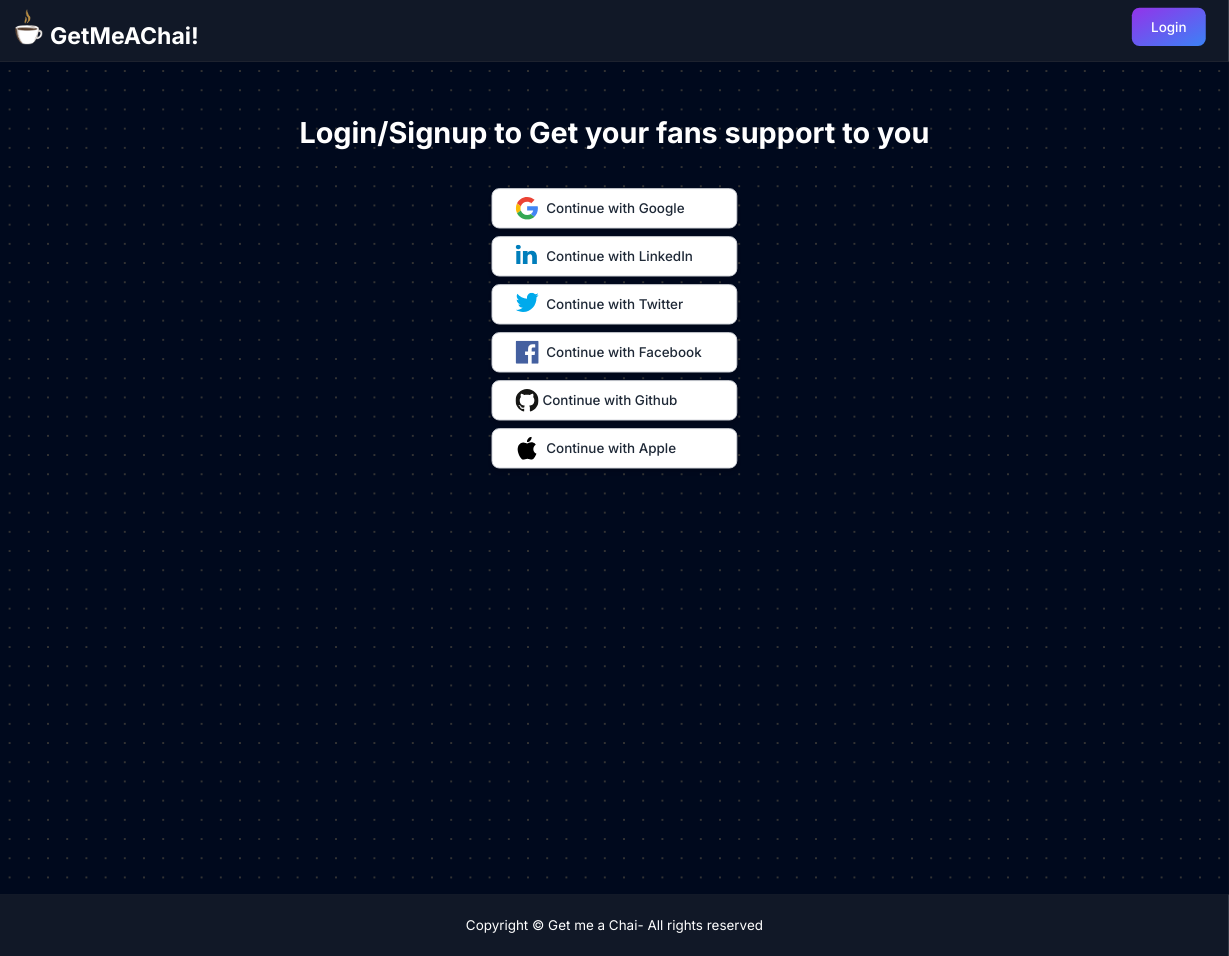
Repository: sarthaktomar579/saharaWorks
Page: /login
These files come from the project's save history. The page is drawn as it stood at one moment and after a run of saves; the edit follows.
The browser window is 1280 px wide. The pictures show the whole page, at 96% of full size.
The project was rebuilt for these pictures with package versions that can differ from the ones it lists, and the page was loaded fresh each time. The framework's server and built-in components were replaced by stand-ins that run in the browser. Also part of the build but not shown: next.config.mjs.

Above is the page before, as saved 2024-09-01 00:29:53.

### app/layout.js
import { Inter } from "next/font/google";
import "./globals.css";
import Navbar from "@/components/Navbar";
import Footer from "@/components/Footer";
import SessionWrapper from "@/components/SessionWrapper";

const inter = Inter({ subsets: ["latin"] });

export const metadata = {
  title: "Get me a Chai- Fund your projects with a chai",
  description: "This website is a crowd funding platform for creators",
};

export default function RootLayout({ children }) {
  return (
    <html lang="en">
      <body className={inter.className}>
        <Navbar/>
        <div className="min-h-[82.3vh] bg-[#000000] bg-[radial-gradient(#ffffff33_1px,#00091d_1px)] bg-[size:20px_20px]">
        {children}
        </div>
        <Footer/>
      </body>
    </html>
  );
}
{/* <div class="absolute top-0 z-[-2] h-screen w-screen bg-[#000000] bg-[radial-gradient(#ffffff33_1px,#00091d_1px)] bg-[size:20px_20px]"></div> */}

### app/login/page.js
import React from 'react';

const Login = () => {
    return (
        <div className='mx-auto py-14 text-white'>
            <h1 className='text-center text-3xl font-bold'>
                Login/Signup to Get your fans support to you
            </h1>
            <div className="flex flex-col gap-2 min-h-screen p-10">


                <button
                    className="mx-auto flex items-center w-64 border bg-white border-gray-300 rounded-lg shadow-md max-w-xs px-6 py-2 text-sm font-medium text-gray-800 hover:bg-gray-200 focus:outline-none focus:ring-2 focus:ring-offset-2 focus:ring-gray-500">
                    <svg className="h-6 w-6 mr-2" xmlns="http://www.w3.org/2000/svg" viewBox="-0.5 0 48 48" version="1.1">

                        <g id="Icons" stroke="none" stroke-width="1" fill="none" fill-rule="evenodd">
                            <g id="Color-" transform="translate(-401.000000, -860.000000)">
                                <g id="Google" transform="translate(401.000000, 860.000000)">
                                    <path
                                        d="M9.82727273,24 C9.82727273,22.4757333 10.0804318,21.0144 10.5322727,19.6437333 L2.62345455,13.6042667 C1.08206818,16.7338667 0.213636364,20.2602667 0.213636364,24 C0.213636364,27.7365333 1.081,31.2608 2.62025,34.3882667 L10.5247955,28.3370667 C10.0772273,26.9728 9.82727273,25.5168 9.82727273,24"
                                        id="Fill-1" fill="#FBBC05"> </path>
                                    <path
                                        d="M23.7136364,10.1333333 C27.025,10.1333333 30.0159091,11.3066667 32.3659091,13.2266667 L39.2022727,6.4 C35.0363636,2.77333333 29.6954545,0.533333333 23.7136364,0.533333333 C14.4268636,0.533333333 6.44540909,5.84426667 2.62345455,13.6042667 L10.5322727,19.6437333 C12.3545909,14.112 17.5491591,10.1333333 23.7136364,10.1333333"
                                        id="Fill-2" fill="#EB4335"> </path>
                                    <path
                                        d="M23.7136364,37.8666667 C17.5491591,37.8666667 12.3545909,33.888 10.5322727,28.3562667 L2.62345455,34.3946667 C6.44540909,42.1557333 14.4268636,47.4666667 23.7136364,47.4666667 C29.4455,47.4666667 34.9177955,45.4314667 39.0249545,41.6181333 L31.5177727,35.8144 C29.3995682,37.1488 26.7323182,37.8666667 23.7136364,37.8666667"
                                        id="Fill-3" fill="#34A853"> </path>
                                    <path
                                        d="M46.1454545,24 C46.1454545,22.6133333 45.9318182,21.12 45.6113636,19.7333333 L23.7136364,19.7333333 L23.7136364,28.8 L36.3181818,28.8 C35.6879545,31.8912 33.9724545,34.2677333 31.5177727,35.8144 L39.0249545,41.6181333 C43.3393409,37.6138667 46.1454545,31.6490667 46.1454545,24"
                                        id="Fill-4" fill="#4285F4"> </path>
                                </g>
                            </g>
                        </g>
                    </svg>
                    <span>Continue with Google</span>
                </button>


                <button
                    className="mx-auto flex items-center w-64  border bg-white border-gray-300 rounded-lg shadow-md max-w-xs px-6 py-2 text-sm font-medium text-gray-800 hover:bg-gray-200 focus:outline-none focus:ring-2 focus:ring-offset-2 focus:ring-gray-500">
                    <svg className="h-6 w-6 mr-2" xmlns="http://www.w3.org/2000/svg" viewBox="-0.5 0 48 48" version="1.1">
                        <g id="Icons" stroke="none" stroke-width="1" fill="none" fill-rule="evenodd">
                            <g id="Color-" transform="translate(-702.000000, -265.000000)" fill="#007EBB">
                                <path
                                    d="M746,305 L736.2754,305 L736.2754,290.9384 C736.2754,287.257796 734.754233,284.74515 731.409219,284.74515 C728.850659,284.74515 727.427799,286.440738 726.765522,288.074854 C726.517168,288.661395 726.555974,289.478453 726.555974,290.295511 L726.555974,305 L716.921919,305 C716.921919,305 717.046096,280.091247 716.921919,277.827047 L726.555974,277.827047 L726.555974,282.091631 C727.125118,280.226996 730.203669,277.565794 735.116416,277.565794 C741.21143,277.565794 746,281.474355 746,289.890824 L746,305 L746,305 Z M707.17921,274.428187 L707.117121,274.428187 C704.0127,274.428187 702,272.350964 702,269.717936 C702,267.033681 704.072201,265 707.238711,265 C710.402634,265 712.348071,267.028559 712.41016,269.710252 C712.41016,272.34328 710.402634,274.428187 707.17921,274.428187 L707.17921,274.428187 L707.17921,274.428187 Z M703.109831,277.827047 L711.685795,277.827047 L711.685795,305 L703.109831,305 L703.109831,277.827047 L703.109831,277.827047 Z"
                                    id="LinkedIn">

                                </path>
                            </g>
                        </g>
                    </svg> <span>Continue with LinkedIn</span>
                </button>


                <button
                    className="mx-auto flex items-center w-64  border bg-white border-gray-300 rounded-lg shadow-md max-w-xs px-6 py-2 text-sm font-medium text-gray-800 hover:bg-gray-200 focus:outline-none focus:ring-2 focus:ring-offset-2 focus:ring-gray-500">
                    <svg className="h-6 w-6 mr-2" xmlns="http://www.w3.org/2000/svg" viewBox="-0.5 0 48 48" version="1.1">
                        <g id="Icons" stroke="none" stroke-width="1" fill="none" fill-rule="evenodd">
                            <g id="Color-" transform="translate(-300.000000, -164.000000)" fill="#00AAEC">
                                <path
                                    d="M348,168.735283 C346.236309,169.538462 344.337383,170.081618 342.345483,170.324305 C344.379644,169.076201 345.940482,167.097147 346.675823,164.739617 C344.771263,165.895269 342.666667,166.736006 340.418384,167.18671 C338.626519,165.224991 336.065504,164 333.231203,164 C327.796443,164 323.387216,168.521488 323.387216,174.097508 C323.387216,174.88913 323.471738,175.657638 323.640782,176.397255 C315.456242,175.975442 308.201444,171.959552 303.341433,165.843265 C302.493397,167.339834 302.008804,169.076201 302.008804,170.925244 C302.008804,174.426869 303.747139,177.518238 306.389857,179.329722 C304.778306,179.280607 303.256911,178.821235 301.9271,178.070061 L301.9271,178.194294 C301.9271,183.08848 305.322064,187.17082 309.8299,188.095341 C309.004402,188.33225 308.133826,188.450704 307.235077,188.450704 C306.601162,188.450704 305.981335,188.390033 305.381229,188.271578 C306.634971,192.28169 310.269414,195.2026 314.580032,195.280607 C311.210424,197.99061 306.961789,199.605634 302.349709,199.605634 C301.555203,199.605634 300.769149,199.559408 300,199.466956 C304.358514,202.327194 309.53689,204 315.095615,204 C333.211481,204 343.114633,188.615385 343.114633,175.270495 C343.114633,174.831347 343.106181,174.392199 343.089276,173.961719 C345.013559,172.537378 346.684275,170.760563 348,168.735283"
                                    id="Twitter">

                                </path>
                            </g>
                        </g>
                    </svg>

                    <span>Continue with Twitter</span>
                </button>


                <button
                    className="mx-auto flex items-center w-64  border bg-white border-gray-300 rounded-lg shadow-md max-w-xs px-6 py-2 text-sm font-medium text-gray-800 hover:bg-gray-200 focus:outline-none focus:ring-2 focus:ring-offset-2 focus:ring-gray-500">
                    <svg className="h-6 w-6 mr-2" xmlns="http://www.w3.org/2000/svg" viewBox="-0.5 0 48 48" version="1.1">
                        <g id="Icons" stroke="none" stroke-width="1" fill="none" fill-rule="evenodd">
                            <g id="Color-" transform="translate(-200.000000, -160.000000)" fill="#4460A0">
                                <path
                                    d="M225.638355,208 L202.649232,208 C201.185673,208 200,206.813592 200,205.350603 L200,162.649211 C200,161.18585 201.185859,160 202.649232,160 L245.350955,160 C246.813955,160 248,161.18585 248,162.649211 L248,205.350603 C248,206.813778 246.813769,208 245.350955,208 L233.119305,208 L233.119305,189.411755 L239.358521,189.411755 L240.292755,182.167586 L233.119305,182.167586 L233.119305,177.542641 C233.119305,175.445287 233.701712,174.01601 236.70929,174.01601 L240.545311,174.014333 L240.545311,167.535091 C239.881886,167.446808 237.604784,167.24957 234.955552,167.24957 C229.424834,167.24957 225.638355,170.625526 225.638355,176.825209 L225.638355,182.167586 L219.383122,182.167586 L219.383122,189.411755 L225.638355,189.411755 L225.638355,208 L225.638355,208 Z"
                                    id="Facebook">

                                </path>
                            </g>
                        </g>
                    </svg>

                    <span>Continue with Facebook</span>
                </button>


                <button
                    className="mx-auto flex items-center w-64  border bg-white border-gray-300 rounded-lg shadow-md max-w-xs px-6 py-2 text-sm font-medium text-gray-800 hover:bg-gray-200 focus:outline-none focus:ring-2 focus:ring-offset-2 focus:ring-gray-500">
                     <svg className="h-6 w-6 mr-1" xmlns="http://www.w3.org/2000/svg" width="1.03em" height="1em" viewBox="0 0 256 250"><path fill="#161614" d="M128.001 0C57.317 0 0 57.307 0 128.001c0 56.554 36.676 104.535 87.535 121.46c6.397 1.185 8.746-2.777 8.746-6.158c0-3.052-.12-13.135-.174-23.83c-35.61 7.742-43.124-15.103-43.124-15.103c-5.823-14.795-14.213-18.73-14.213-18.73c-11.613-7.944.876-7.78.876-7.78c12.853.902 19.621 13.19 19.621 13.19c11.417 19.568 29.945 13.911 37.249 10.64c1.149-8.272 4.466-13.92 8.127-17.116c-28.431-3.236-58.318-14.212-58.318-63.258c0-13.975 5-25.394 13.188-34.358c-1.329-3.224-5.71-16.242 1.24-33.874c0 0 10.749-3.44 35.21 13.121c10.21-2.836 21.16-4.258 32.038-4.307c10.878.049 21.837 1.47 32.066 4.307c24.431-16.56 35.165-13.12 35.165-13.12c6.967 17.63 2.584 30.65 1.255 33.873c8.207 8.964 13.173 20.383 13.173 34.358c0 49.163-29.944 59.988-58.447 63.157c4.591 3.972 8.682 11.762 8.682 23.704c0 17.126-.148 30.91-.148 35.126c0 3.407 2.304 7.398 8.792 6.14C219.37 232.5 256 184.537 256 128.002C256 57.307 198.691 0 128.001 0m-80.06 182.34c-.282.636-1.283.827-2.194.39c-.929-.417-1.45-1.284-1.15-1.922c.276-.655 1.279-.838 2.205-.399c.93.418 1.46 1.293 1.139 1.931m6.296 5.618c-.61.566-1.804.303-2.614-.591c-.837-.892-.994-2.086-.375-2.66c.63-.566 1.787-.301 2.626.591c.838.903 1 2.088.363 2.66m4.32 7.188c-.785.545-2.067.034-2.86-1.104c-.784-1.138-.784-2.503.017-3.05c.795-.547 2.058-.055 2.861 1.075c.782 1.157.782 2.522-.019 3.08m7.304 8.325c-.701.774-2.196.566-3.29-.49c-1.119-1.032-1.43-2.496-.726-3.27c.71-.776 2.213-.558 3.315.49c1.11 1.03 1.45 2.505.701 3.27m9.442 2.81c-.31 1.003-1.75 1.459-3.199 1.033c-1.448-.439-2.395-1.613-2.103-2.626c.301-1.01 1.747-1.484 3.207-1.028c1.446.436 2.396 1.602 2.095 2.622m10.744 1.193c.036 1.055-1.193 1.93-2.715 1.95c-1.53.034-2.769-.82-2.786-1.86c0-1.065 1.202-1.932 2.733-1.958c1.522-.03 2.768.818 2.768 1.868m10.555-.405c.182 1.03-.875 2.088-2.387 2.37c-1.485.271-2.861-.365-3.05-1.386c-.184-1.056.893-2.114 2.376-2.387c1.514-.263 2.868.356 3.061 1.403"/></svg>

                    <span>Continue with Github</span>
                </button>


                <button
                    className="mx-auto flex items-center w-64 border bg-white border-gray-300 rounded-lg shadow-md max-w-xs px-4 py-2 text-sm font-medium text-gray-800 hover:bg-gray-200 focus:outline-none focus:ring-2 focus:ring-offset-2 focus:ring-gray-500 space-x-2">
                    <svg className="h-6 w-6 ml-2"  xmlns="http://www.w3.org/2000/svg" width="0.82em" height="1em" viewBox="0 0 256 315"><path d="M213.803 167.03c.442 47.58 41.74 63.413 42.197 63.615c-.35 1.116-6.599 22.563-21.757 44.716c-13.104 19.153-26.705 38.235-48.13 38.63c-21.05.388-27.82-12.483-51.888-12.483c-24.061 0-31.582 12.088-51.51 12.871c-20.68.783-36.428-20.71-49.64-39.793c-27-39.033-47.633-110.3-19.928-158.406c13.763-23.89 38.36-39.017 65.056-39.405c20.307-.387 39.475 13.662 51.889 13.662c12.406 0 35.699-16.895 60.186-14.414c10.25.427 39.026 4.14 57.503 31.186c-1.49.923-34.335 20.044-33.978 59.822M174.24 50.199c10.98-13.29 18.369-31.79 16.353-50.199c-15.826.636-34.962 10.546-46.314 23.828c-10.173 11.763-19.082 30.589-16.678 48.633c17.64 1.365 35.66-8.964 46.64-22.262" /></svg>
                    <span>Continue with Apple</span>
                </button>



            </div>
        </div>
    );
};

export default Login;

### components/Navbar.js
import React from 'react'
import Link from 'next/link'

const Navbar = () => {
  return (
    <nav className='bg-gray-900 text-white flex justify-between items-center px-4 h-16'>
       <div className="logo font-bold text-lg flex justify-center items-baseline gap-2">
        <img width={28} src="tea.gif" alt="" />
        <span className='text-2xl'>GetMeAChai!</span>
      </div>
       {/* <ul className='flex justify-between gap-4'>
        <li>Home</li>
        <li>About</li>
        <li>Projects</li>
        <li>Sign up</li>
        <li>Login</li>
       </ul> */}

       <div>
         <Link href={'/login'}>
          <button className='text-white bg-gradient-to-br from-purple-600 to-blue-500 hover:bg-gradient-to-bl focus:ring-4 focus:outline-none focus:ring-blue-300 dark:focus:ring-blue-800 font-medium rounded-lg text-sm px-5 py-2.5 text-center me-2 mb-2'>
            Login
          </button>
         </Link>
       </div>
    </nav>
  )
}

export default Navbar

### components/Footer.js
import React from 'react'

const Footer = () => {
  return (
    <footer className='bg-gray-900 text-sm text-white flex justify-center items-center px-4 h-16'>
      <p className='text-center'>Copyright &copy; Get me a Chai- All rights reserved</p>
    </footer>
  )
}

export default Footer

### components/SessionWrapper.js
import { SessionProvider } from "next-auth/react"

export default function SessionWrapper({children}){

  return (
    <SessionProvider>
        {children}
    </SessionProvider>
  )
}

Loaded but not shown: app/globals.css (common file); tailwind.config.js (common file)

After the next 3 saves:
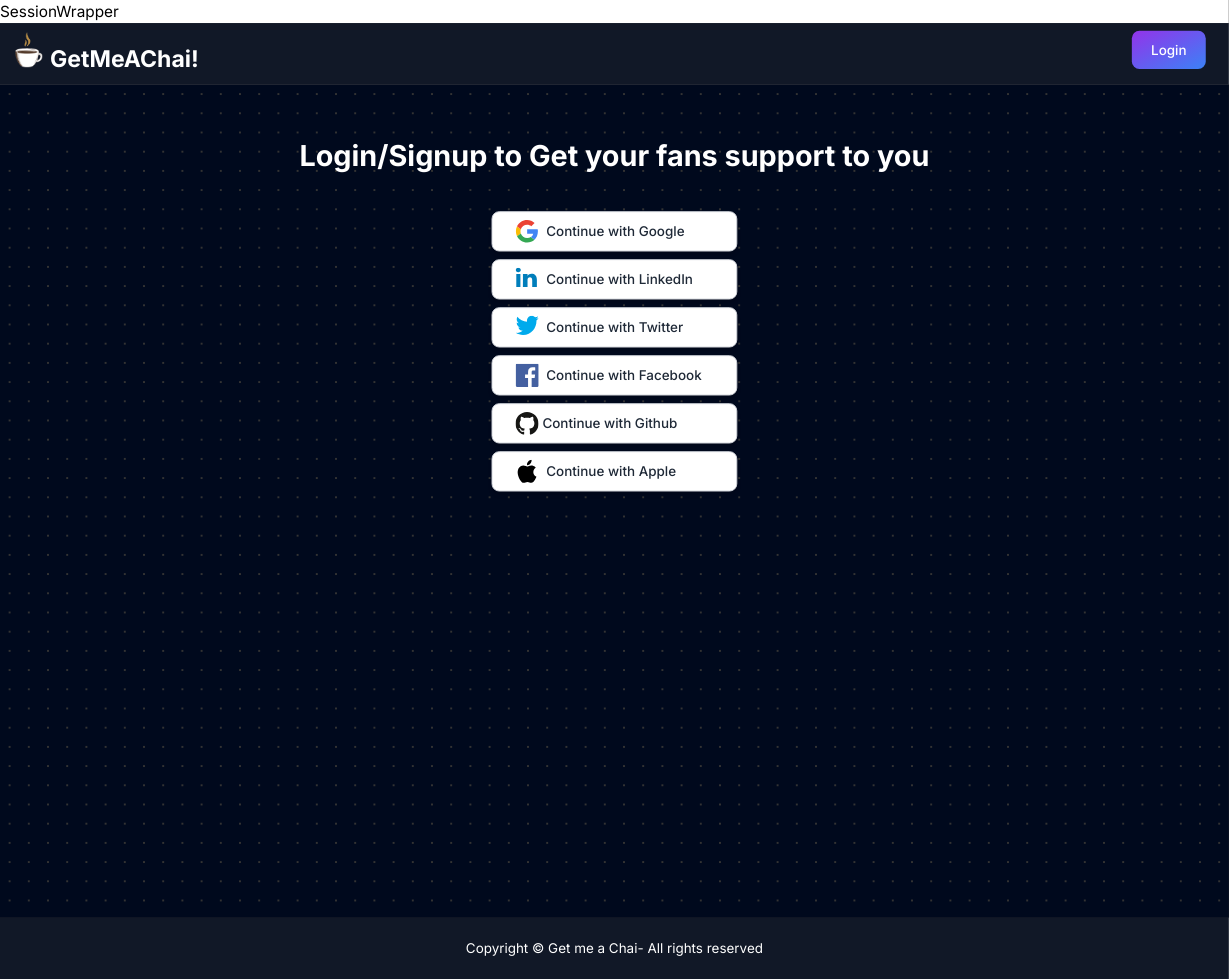
The 3 saves are shown as one change because they came seconds apart.
The last was saved 10 s later.
--- a/app/layout.js
+++ b/app/layout.js
@@ -15,6 +15,7 @@
   return (
     <html lang="en">
       <body className={inter.className}>
+        SessionWrapper
         <Navbar/>
         <div className="min-h-[82.3vh] bg-[#000000] bg-[radial-gradient(#ffffff33_1px,#00091d_1px)] bg-[size:20px_20px]">
         {children}

After the 5 saves that followed:
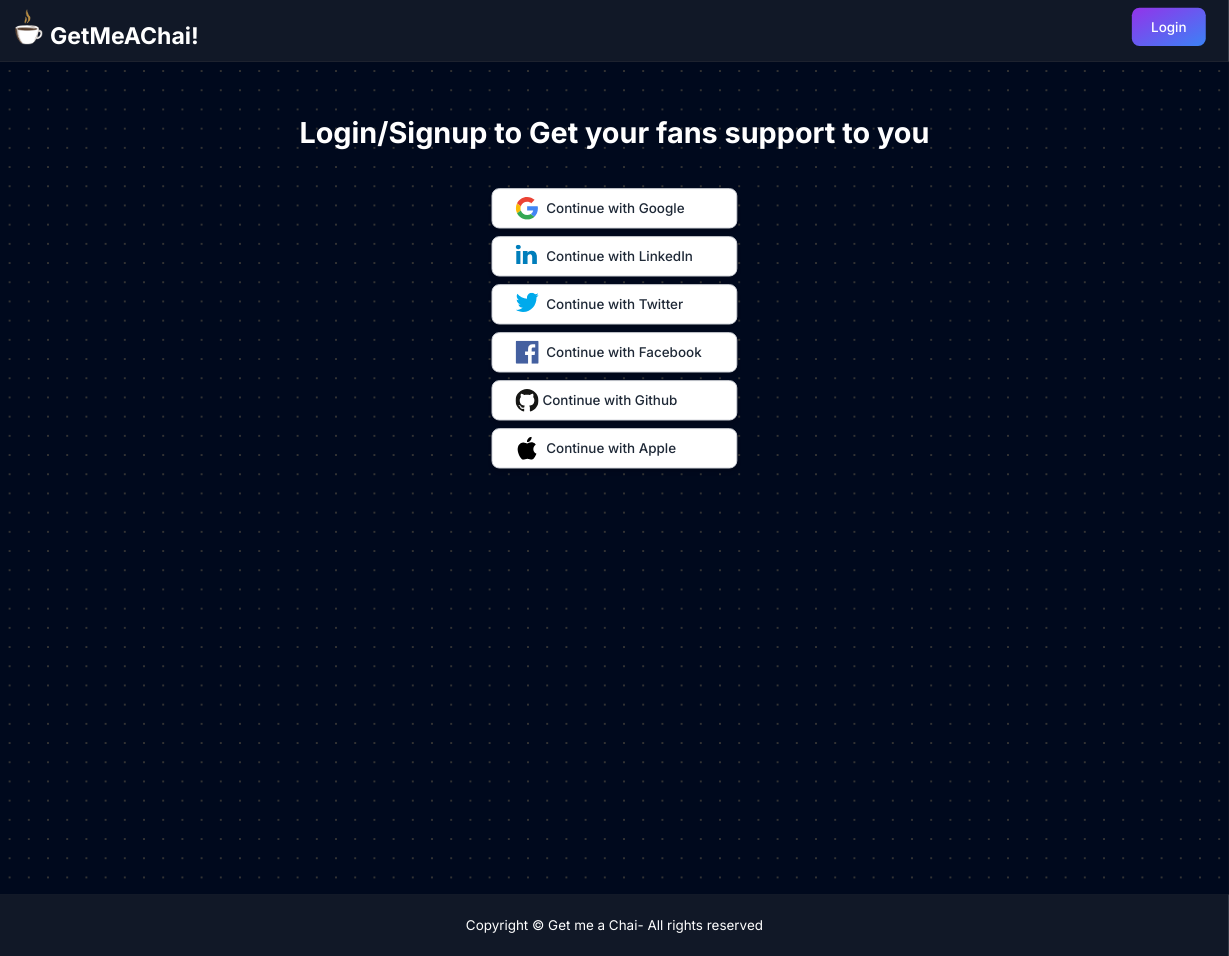
The 5 saves are shown as one change because 2 did not build or start and some came seconds apart.
The last was saved 29 s later.
--- a/app/layout.js
+++ b/app/layout.js
@@ -15,12 +15,13 @@
   return (
     <html lang="en">
       <body className={inter.className}>
-        SessionWrapper
+        <SessionWrapper>
         <Navbar/>
         <div className="min-h-[82.3vh] bg-[#000000] bg-[radial-gradient(#ffffff33_1px,#00091d_1px)] bg-[size:20px_20px]">
         {children}
         </div>
         <Footer/>
+        </SessionWrapper>
       </body>
     </html>
   );
